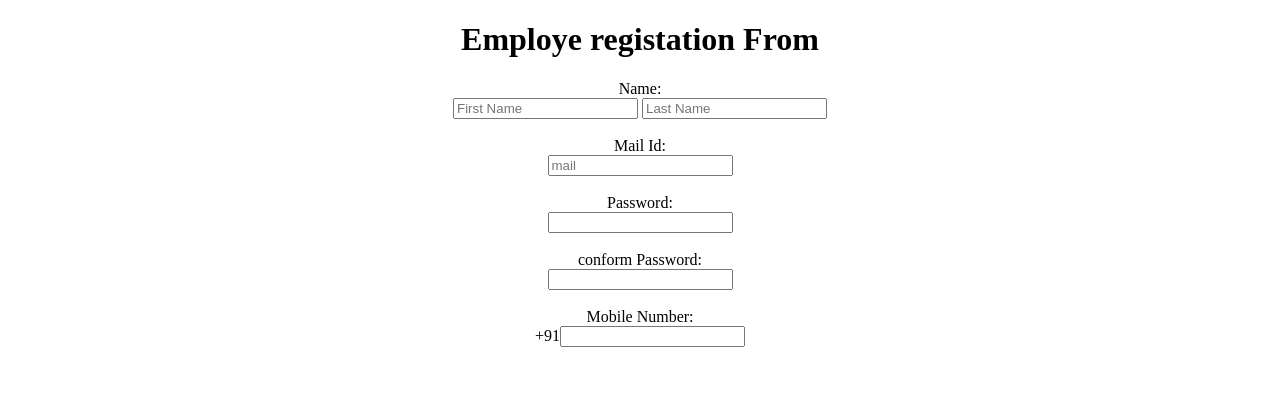
Repository: AbubakarShaik/Java_J2EE_Project
Page: http://localhost/com.testprojectServlet/Registration.jsp
These files come from the project's save history. The page is drawn as it stood at one moment and after the next save; the edit follows.
The browser window is 1280 px wide. The pictures show the whole page.
The page is served by Tomcat 9.

Above is the page before, as saved 2016-12-19 18:20:00.

After the next save:
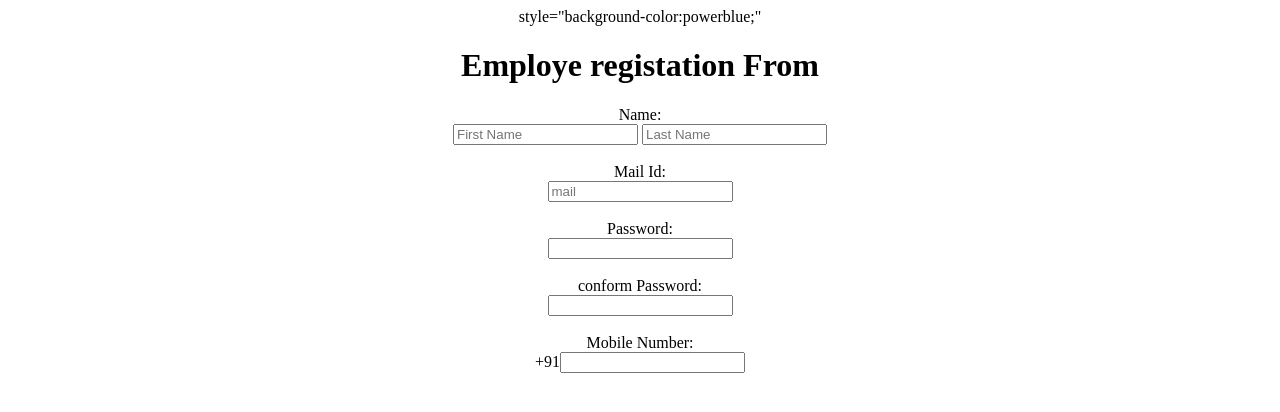
Saved 58 s later.
--- a/com.testprojectServlet/WebContent/Registration.jsp
+++ b/com.testprojectServlet/WebContent/Registration.jsp
@@ -6,10 +6,12 @@
 <meta http-equiv="Content-Type" content="text/html; charset=ISO-8859-1">
 <title>Insert title here</title>
 </head>
-<body style="background-color:powerblue;">
+<body >
 
 <center>
+style="background-color:powerblue;"
 <h1>Employe registation From</h1>
+
 Name:<br><input type="text" placeholder="First Name"> <input type="text" placeholder="Last Name">
 <br>
 

After the save that followed:
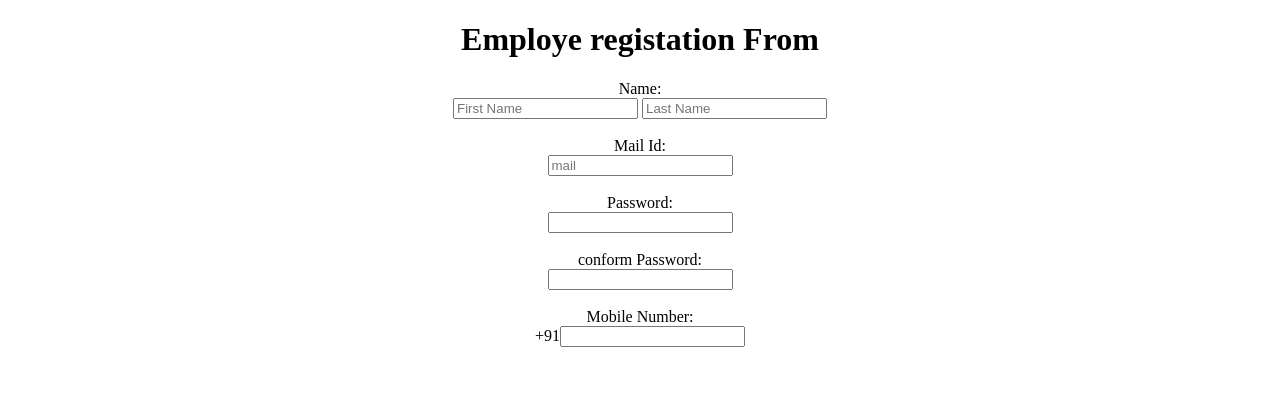
Saved 110 s later.
--- a/com.testprojectServlet/WebContent/Registration.jsp
+++ b/com.testprojectServlet/WebContent/Registration.jsp
@@ -6,10 +6,10 @@
 <meta http-equiv="Content-Type" content="text/html; charset=ISO-8859-1">
 <title>Insert title here</title>
 </head>
-<body >
+<body> <style="background-color:powerblue;">
 
 <center>
-style="background-color:powerblue;"
+
 <h1>Employe registation From</h1>
 
 Name:<br><input type="text" placeholder="First Name"> <input type="text" placeholder="Last Name">
@@ -35,5 +35,6 @@
 +91<input type="text" name="Number" maxlength="10">
 
 </center>
+</style>
 </body>
 </html>
